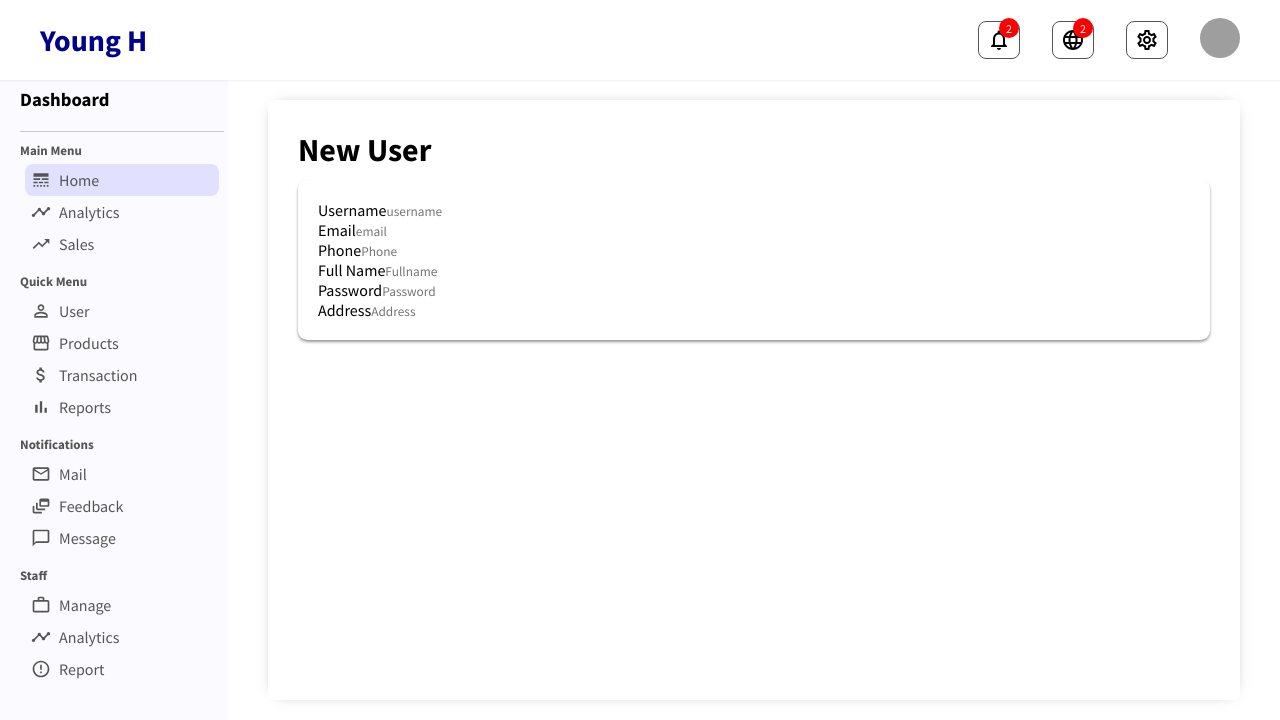
Repository: noname20011/admin
Page: /register
An editor plug-in stored every save of this project. The page is shown before and after the next save, followed by the edit.
The browser window is 1280 px wide. The pictures show the whole page.
Pictures or frames that could not be fetched are drawn as grey boxes. The project was rebuilt for these pictures with package versions that can differ from the ones it lists, and the page was loaded fresh each time. Also part of the build but not shown: src/pages/home/home.css, src/comopnents/featureInfo/feature.css, src/comopnents/featureInfo/Feature.jsx, src/comopnents/chart/chart.css, src/comopnents/chart/Chart.jsx, src/comopnents/widgetSm/widgetSm.css, src/comopnents/widgetSm/WidgetSm.jsx, src/comopnents/widgetLg/widgetLg.css and 7 more.

Above is the page before, as saved 2021-11-14 15:16:31.

After the next save:
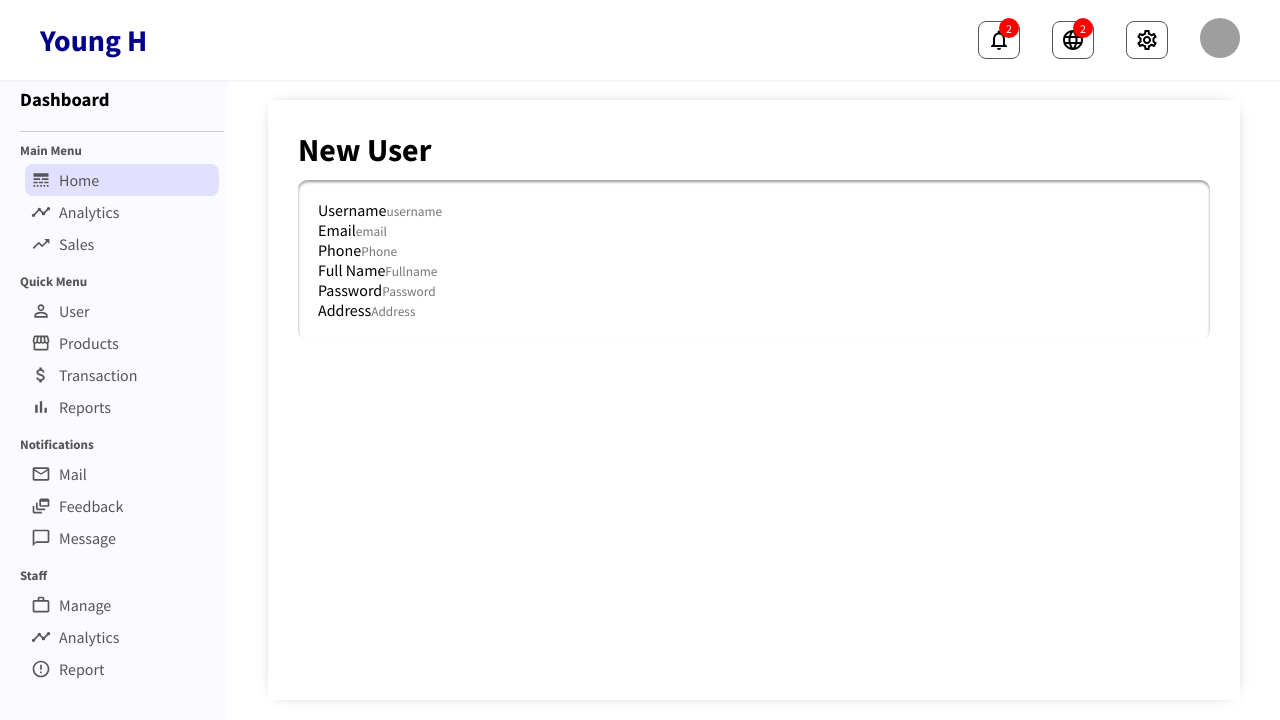
Saved 12 s later.
--- a/src/pages/newUser/newUser.css
+++ b/src/pages/newUser/newUser.css
@@ -11,5 +11,5 @@
     padding: 20px;
     margin-top: 10px;
     border-radius: .6rem;
-    box-shadow: 0px 2px 3px rgba(0, 0, 0, 0.4);
+    box-shadow:inset 0px 2px 3px rgba(0, 0, 0, 0.4);
 }
